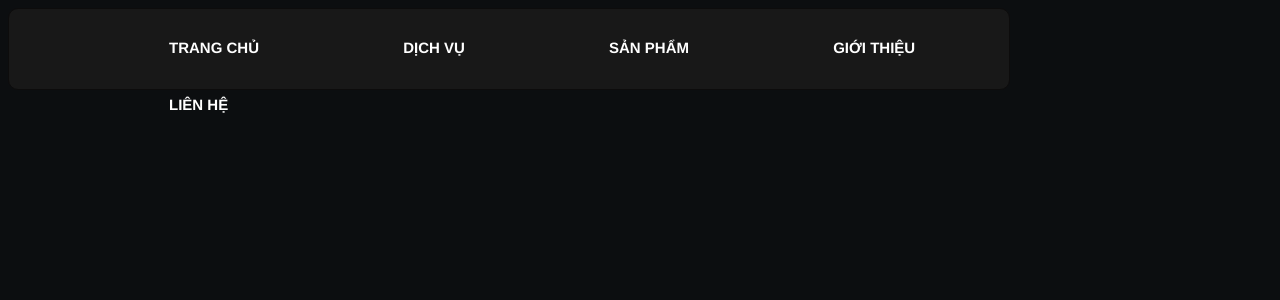
Repository: andytrn0/ElectronJS
Page: GUI/index.html
The author's editor kept a copy of each file at every save. The page is drawn from the files as they stood at one save, then again after the next save.
The browser window is 1280 px wide. The pictures show the whole page.

Above is the page before, as saved 2024-10-15 14:54:26.

After the next save:
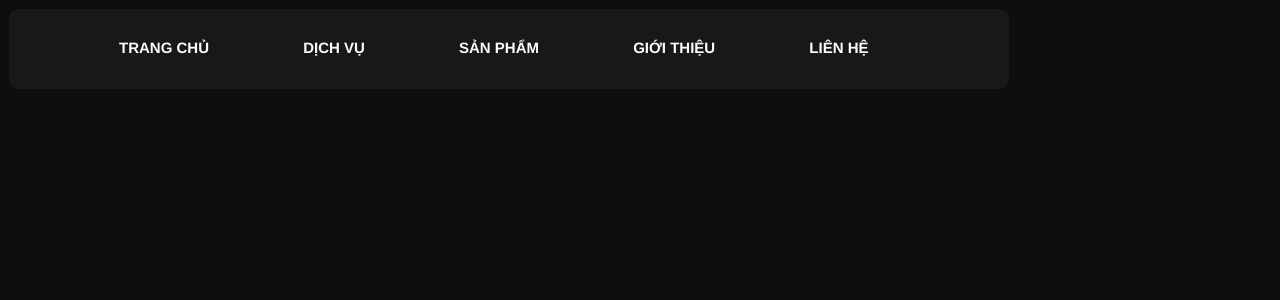
Saved 7 s later.
--- a/CSS/index.css
+++ b/CSS/index.css
@@ -22,7 +22,7 @@
 #menu ul li {
     list-style-type: none;
     display: inline-block; /* Thay đổi từ inline sang inline-block */
-    margin-left: 100px;
+    margin-left: 50px;
   }
 
 #menu ul li a:link
